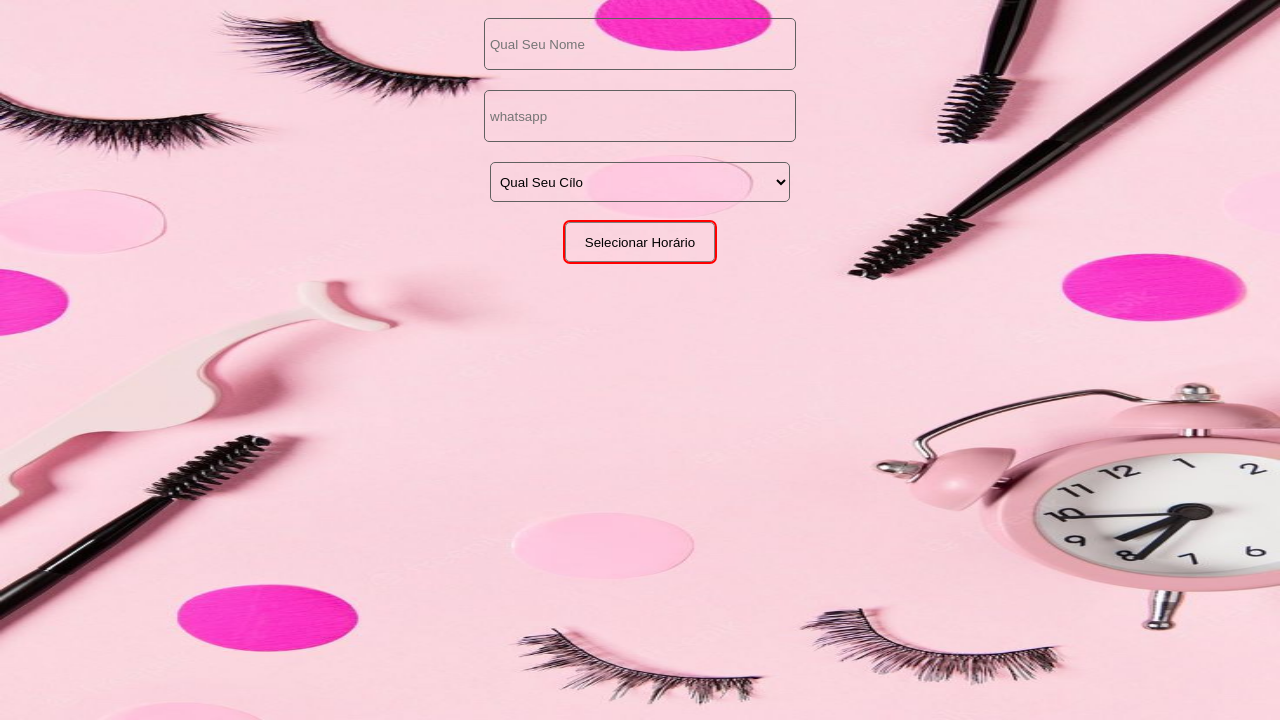
Repository: ketlyn-lash-designer/Ketlyn_Lash_Designer
Page: src/Pages/Home.html
An editor plug-in stored every save of this project. The page is shown before and after a run of saves, followed by the edit.
The browser window is 1280 px wide. The pictures show the whole page.
The first visible `button` has the focus.

Above is the page before, as saved 2024-03-27 22:20:11.

After the next 2 saves:
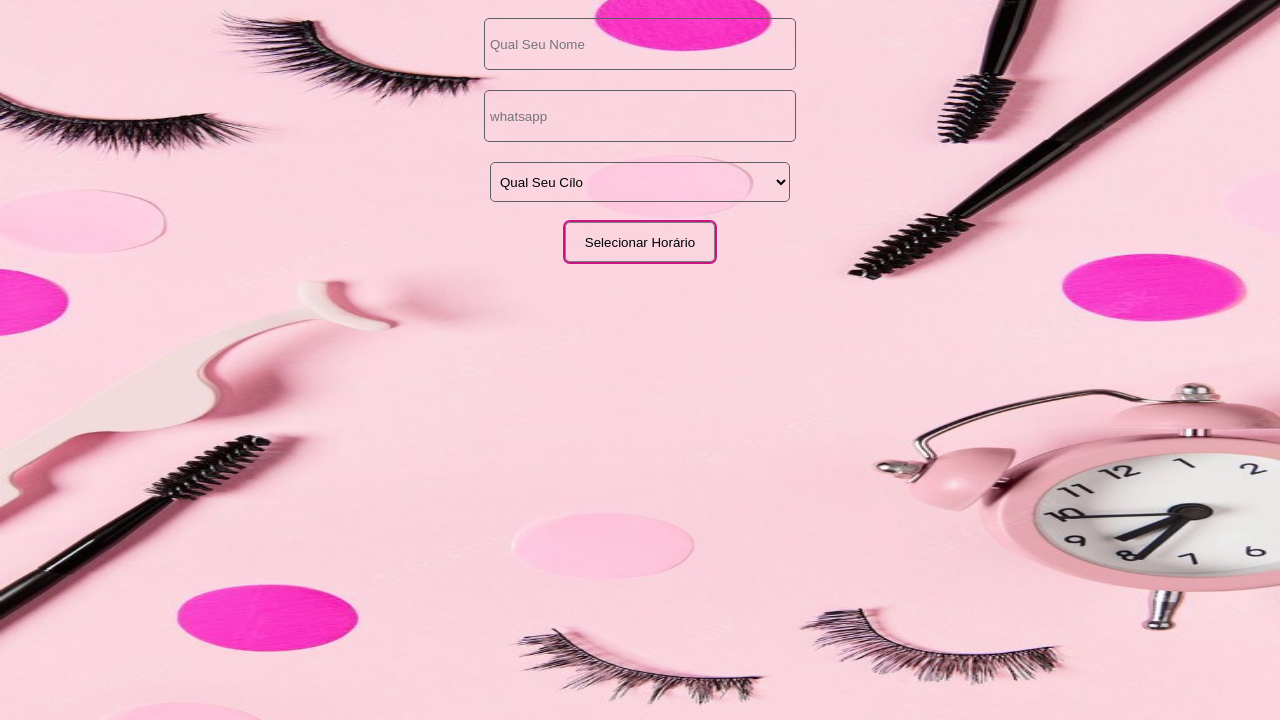
The 2 saves are shown as one change because they came seconds apart.
The last was saved 64 s later.
--- a/src/Styles/Home.css
+++ b/src/Styles/Home.css
@@ -35,7 +35,7 @@ button {
 }
 
 button:focus {
-  outline: 2px solid #ff0000;
+  outline: 2px solid #C71585;
 }
 
 button:hover {
